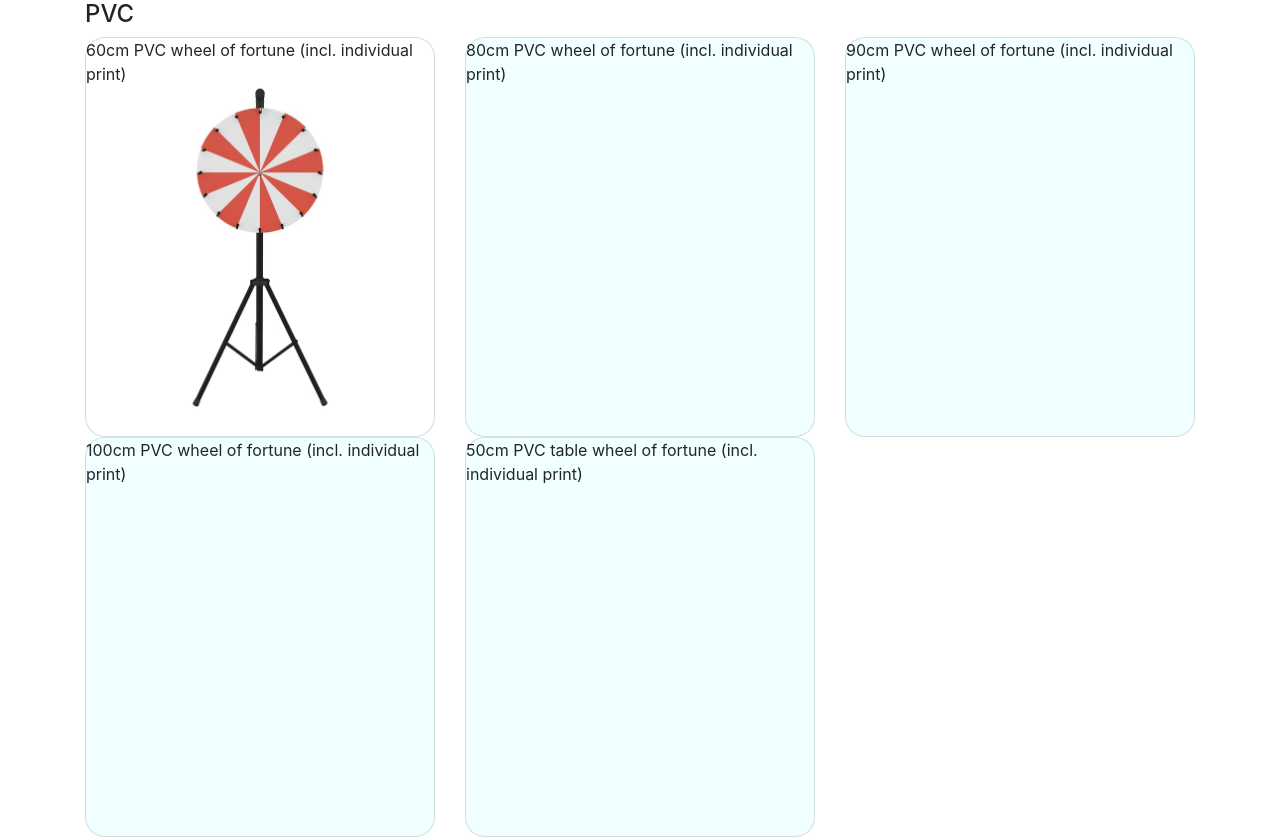
Repository: Awaisp-irfan/fahad-project
Page: pvc.html
An editor plug-in stored every save of this project. The page is shown before and after the next save, followed by the edit.
The browser window is 1280 px wide. The pictures show the whole page.

Above is the page before, as saved 2022-06-30 08:07:09.

### pvc.html
<!DOCTYPE html>
<html lang="en">
<head>
    <meta charset="UTF-8">
    <meta http-equiv="X-UA-Compatible" content="IE=edge">
    <meta name="viewport" content="width=device-width, initial-scale=1.0">
    <link
    rel="stylesheet"
    href="https://cdn.jsdelivr.net/npm/bootstrap@4.6.1/dist/css/bootstrap.min.css"
    integrity="sha384-zCbKRCUGaJDkqS1kPbPd7TveP5iyJE0EjAuZQTgFLD2ylzuqKfdKlfG/eSrtxUkn"
    crossorigin="anonymous"
  />

  <link rel="stylesheet" href="./style.css" />
    <title>Document</title>
</head>
<body>
    <div class="container">
        <div class="row">
            <div class="col-lg-12">
                <h4 class="heading">PVC</h4>
            </div>
        </div>

        <div class="row">
            <div class="col-lg-4">
                <div class="card img-div">
                    <div class="cm60">60cm PVC wheel of fortune (incl. individual print)</div>
                </div>
            </div>
            <div class="col-lg-4">
                <div class="card img-div">
                    <div class="80cm">80cm PVC wheel of fortune (incl. individual print)</div>
                </div>
            </div>
            <div class="col-lg-4">
                <div class="card img-div">
                    <div class="90cm">90cm PVC wheel of fortune (incl. individual print)</div>
                </div>
            </div>
            <div class="col-lg-4">
                <div class="card img-div">
                    <div class="100cm">100cm PVC wheel of fortune (incl. individual print)</div>
                </div>
            </div>
            <div class="col-lg-4">
                <div class="card img-div">
                    <div class="50cm">50cm PVC table wheel of fortune (incl. individual print)</div>
                </div>
            </div>
        </div>
    </div>
</body>
</html>

### style.css
.pvc{
    background-image: url(./assests/2289977149.jpg);
    background-size: cover;
    background-position: center;
    background-repeat: no-repeat;
    height: 100%;
    border-radius: 20px;
}

.col-lg-4>a > .img-div{
    height: 400px;
    border-radius: 20px;
}
.col-lg-4>.img-div{
    height: 400px;
    border-radius: 20px;
    background-color: azure;
}
.wooden{
    background-image: url(./assests/wooden.jpg);
    background-size: cover;
    background-position: center;
    background-repeat: no-repeat;
    height: 100%;
    border-radius: 20px;
}

.display{
    background-image: url(./assests/display.jpg);
    background-size: cover;
    background-position: center;
    background-repeat: no-repeat;
    height: 100%;
    border-radius: 20px;
}
.cm60{
    background: url(./assests/60cm\ PVC.jpg);

    background-size: cover;
    background-position: center;
    background-repeat: no-repeat;
    height: 100%;
    border-radius: 20px;
}

.cm80{
    background: url(./assests/80cm\ PVC.jpg);

    background-size: cover;
    background-position: center;
    background-repeat: no-repeat;
    height: 100%;
    border-radius: 20px;
}

After the next save:
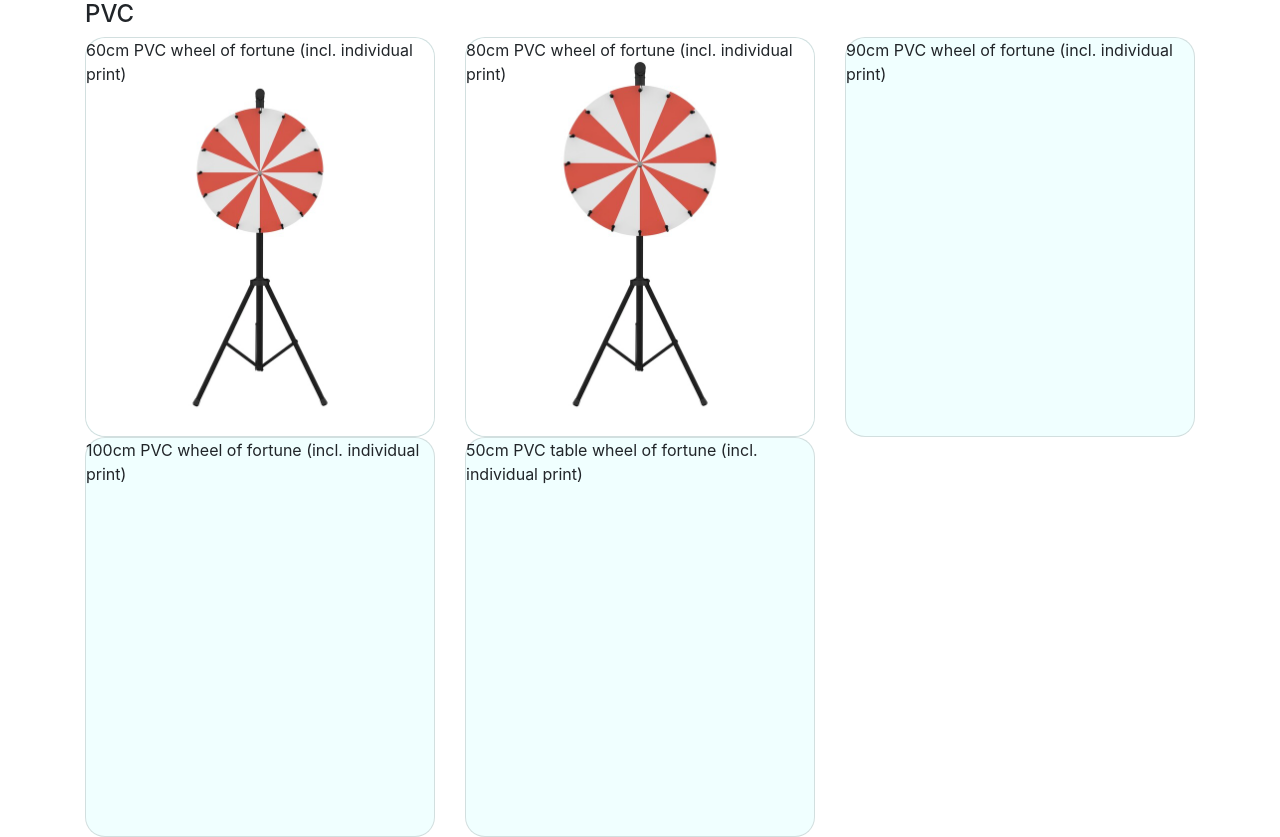
Saved 12 s later.
--- a/pvc.html
+++ b/pvc.html
@@ -30,7 +30,7 @@
             </div>
             <div class="col-lg-4">
                 <div class="card img-div">
-                    <div class="80cm">80cm PVC wheel of fortune (incl. individual print)</div>
+                    <div class="cm80">80cm PVC wheel of fortune (incl. individual print)</div>
                 </div>
             </div>
             <div class="col-lg-4">
